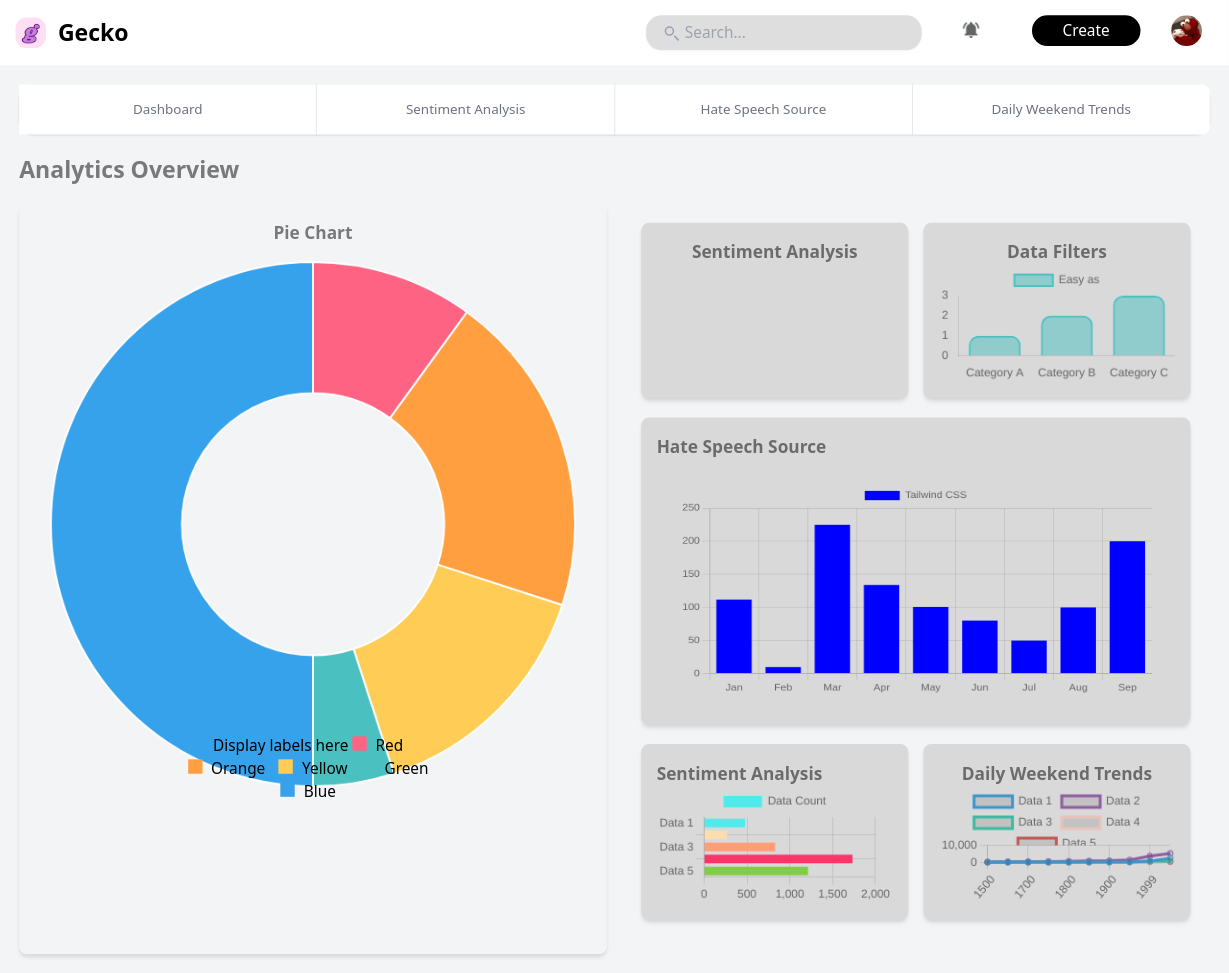
Repository: theamgri/thesis-website-nextjs
Page: website.html
The author's editor kept a copy of each file at every save. The page is drawn from the files as they stood at one save, then again after the next save.
The browser window is 1280 px wide. The pictures show the whole page, at 96% of full size.

Above is the page before, as saved 2023-10-06 20:52:51.
Console error (its wording comes from the project's code and is left out).

### website.html
<!DOCTYPE html>
<html lang="en">
<head>
    <meta charset="UTF-8">
    <meta name="viewport" content="width=device-width, initial-scale=1.0">
    <title>Gecko</title>
    <link rel="icon" type="image/x-icon" href="/images/icon.png">
    <link href="https://cdn.jsdelivr.net/npm/tailwindcss@2.2.19/dist/tailwind.min.css" rel="stylesheet">
    <script src="https://cdn.jsdelivr.net/npm/chart.js"></script>



</head>
<body class="bg-gray-100">

<nav class="bg-white drop-shadow-2xl border-gray-200 dark:bg-gray-900">
    <div class="flex flex-wrap items-center justify-between mx-auto p-4">
      <a href="." class="flex items-center">
          <img src="images/icon.png" class="h-8 mr-3 rounded-xl" alt="Logo" />
          <span class="self-center text-2xl font-semibold whitespace-nowrap dark:text-white">Gecko</span>
      </a>
      <button data-collapse-toggle="navbar-default" type="button" class="inline-flex items-center p-2 w-10 h-10 justify-center text-sm text-gray-500 rounded-lg md:hidden hover:bg-gray-100 focus:outline-none focus:ring-2 focus:ring-gray-200 dark:text-gray-400 dark:hover:bg-gray-700 dark:focus:ring-gray-600" aria-controls="navbar-default" aria-expanded="false">
          <span class="sr-only">Open main menu</span>
          <svg class="w-5 h-5" aria-hidden="true" xmlns="http://www.w3.org/2000/svg" fill="none" viewBox="0 0 17 14">
              <path stroke="currentColor" stroke-linecap="round" stroke-linejoin="round" stroke-width="2" d="M1 1h15M1 7h15M1 13h15"/>
          </svg>
      </button>
      <div class="hidden w-full md:block md:w-auto drop-shadow-2xl" id="navbar-default">
        <ul class="font-medium flex flex-col p-4 md:p-0 mt-4 border border-gray-100 rounded-lg bg-gray-50 md:flex-row md:space-x-8 md:mt-0 md:border-0 md:bg-white dark:bg-gray-800 md:dark:bg-gray-900 dark:border-gray-700">
            <li>
                <div class="relative">
                    <input
                        type="text"
                        placeholder="Search..."
                        class="block w-full py-2 pl-10 pr-4 leading-5 rounded-2xl shadow-sm focus:ring focus:ring-blue-200 border-gray-300" style="background-color: #DEDEDE;"
                    />
                    <div class="absolute inset-y-0 left-0 pl-4 flex items-center pointer-events-none">
                        <svg
                            class="w-5 h-5 text-gray-400"
                            fill="none"
                            stroke="currentColor"
                            viewBox="0 0 24 24"
                            xmlns="http://www.w3.org/2000/svg"
                        >
                            <path
                                stroke-linecap="round"
                                stroke-linejoin="round"
                                stroke-width="2"
                                d="M21 21l-4.35-4.35"
                            />
                            <path
                                stroke-linecap="round"
                                stroke-linejoin="round"
                                stroke-width="2"
                                d="M15 10a5 5 0 11-10 0 5 5 0 0110 0z"
                            />
                        </svg>
                    </div>
                </div>

              </li>
            <li>
              <img src="images/bellbutton.png" class="h-8 mr-3 rounded-xl" alt="Notification Bell" />
          </li>
          <li>
            <button class="bg-black drop-shadow-2xl hover:bg-blue-700 text-white font-normal py-1 px-8 rounded-full">
              Create
            </button>
          </li>
          <li>
            <a href="your-link-here">
                <img src="images/user.jpg" class="h-8 mr-3 rounded-full" alt="Notification Bell" />
            </a>
        </li>


        </ul>
      </div>
    </div>
  </nav>
<!-- //SIDE NAVBAR -->


<div class="sm:hidden">
  <label for="tabs" class="sr-only">Select your country</label>
  <select id="tabs" class="bg-gray-50 border border-gray-300 text-gray-900 text-sm rounded-lg focus:ring-blue-500 focus:border-blue-500 block w-full p-2.5 dark:bg-gray-700 dark:border-gray-600 dark:placeholder-gray-400 dark:text-white dark:focus:ring-blue-500 dark:focus:border-blue-500">
      <option>Profile</option>
      <option>Canada</option>
      <option>France</option>
      <option>Germany</option>
  </select>
</div>
<ul class="m-5 rounded-2xl drop-shadow-xl hidden text-sm font-medium text-center text-gray-500 divide-x divide-gray-200 rounded-lg shadow sm:flex dark:divide-gray-700 dark:text-gray-400">
  <li class="w-full">
      <a href="#" class="inline-block w-full p-4 bg-white hover:text-gray-700 hover:bg-gray-50 focus:ring-4 focus:ring-blue-300 focus:outline-none dark:hover:text-white dark:bg-gray-800 dark:hover:bg-gray-700" aria-current="page">Dashboard</a>
  </li>
  <li class="w-full">
      <a href="#" class="inline-block w-full p-4 bg-white hover:text-gray-700 hover:bg-gray-50 focus:ring-4 focus:ring-blue-300 focus:outline-none dark:hover:text-white dark:bg-gray-800 dark:hover:bg-gray-700">Sentiment Analysis</a>
  </li>
  <li class="w-full">
      <a href="#" class="inline-block w-full p-4 bg-white hover:text-gray-700 hover:bg-gray-50 focus:ring-4 focus:ring-blue-300 focus:outline-none dark:hover:text-white dark:bg-gray-800 dark:hover:bg-gray-700">Hate Speech Source</a>
  </li>
  <li class="w-full">
      <a href="#" class="inline-block w-full p-4 bg-white rounded-r-lg hover:text-gray-700 hover:bg-gray-50 focus:ring-4 focus:outline-none focus:ring-blue-300 dark:hover:text-white dark:bg-gray-800 dark:hover:bg-gray-700">Daily Weekend Trends</a>
  </li>

</ul>




  <div class="ml-5 text-left font-bold text-2xl opacity-50">
    <h1>Analytics Overview</h1>
  </div>

<!-- ... (previous code) ... -->

<div class="m-5 grid grid-cols-1 md:grid-cols-2 lg:grid-cols-2 xl:grid-cols-2 gap-4">
  <!-- Container for Pie Chart (2 rows) -->
  <div class="bg-white p-4 rounded-lg shadow-md" style="background-color: transparent; grid-row: span 2; overflow: visible;">
      <!-- Content goes here, such as the chart -->
      <h2 class="text-lg text-center opacity-50 font-semibold">Pie Chart</h2>
      <div style="position: relative;">
          <canvas class="p-4" id="donutChart" width="100" height="100"></canvas>
          <div style="position: absolute; bottom: 0; left: 50%; transform: translateX(-50%); text-align: center;">
              Display labels here
               <div style="display: inline-block; margin-right: 10px;">
                  <div style="background-color: rgb(255, 99, 132); width: 15px; height: 15px; display: inline-block; margin-right: 5px;"></div>
                  <span>Red</span>
              </div>
              <div style="display: inline-block; margin-right: 10px;">
                  <div style="background-color: rgb(255, 159, 64); width: 15px; height: 15px; display: inline-block; margin-right: 5px;"></div>
                  <span>Orange</span>
              </div>
              <div style="display: inline-block; margin-right: 10px;">
                  <div style="background-color: rgb(255, 205, 86); width: 15px; height: 15px; display: inline-block; margin-right: 5px;"></div>
                  <span>Yellow</span>
              </div>
              <div style="display: inline-block; margin-right: 10px;">
                  <div style="background-color: rgb(75, 192, 192); width: 15px; height: 15px; display: inline-block; margin-right: 5px;"></div>
                  <span>Green</span>
              </div>
              <div style="display: inline-block; margin-right: 10px;">
                  <div style="background-color: rgb(54, 162, 235); width: 15px; height: 15px; display: inline-block; margin-right: 5px;"></div>
                  <span>Blue</span>
              </div>
          </div>
      </div>

       <!-- Optionally, you can add a label or title for the container -->
      <script>
        // Ensure that the DOM is fully loaded before initializing the chart
        document.addEventListener("DOMContentLoaded", function() {
            const donutData = {
                type: 'doughnut',
                data: {
                    datasets: [
                        {
                            data: [10, 20, 15, 5, 50],
                            backgroundColor: [
                                'rgb(255, 99, 132)',
                                'rgb(255, 159, 64)',
                                'rgb(255, 205, 86)',
                                'rgb(75, 192, 192)',
                                'rgb(54, 162, 235)',
                            ],
                        },
                    ],
                    labels: ['Red', 'Orange', 'Yellow', 'Green', 'Blue'],
                },
                options: {
                    plugins: {
                        legend: {
                            display: false, // Hide the legend
                        },
                        datalabels: {
                            formatter: (value) => {
                                if (value < 15) return '';
                                return value + '%';
                            },
                        },
                    },
                },
            };

            var donutChart = new Chart(
                document.getElementById("donutChart"),
                donutData
            );
        });
    </script>
   </div>


  <div class="container mx-auto mt-0">

    <div class="m-5 grid grid-cols-1 md:grid-cols-2 lg:grid-cols-2 xl:grid-cols-2 gap-4">
        <!-- Container 1 -->
        <div class="bg-white p-4 rounded-lg shadow-md" style="background-color: #D9D9D9;">
            <h2 class="text-lg text-center opacity-50 font-semibold">Sentiment Analysis</h2>
            <canvas id="bidirectional-horizontal-bar-chart"></canvas>
        </div>


            <script src="https://cdn.jsdelivr.net/npm/chart.js"></script>

            <script>
                // Data for the bidirectional horizontal bar chart
                const label = ['Category A', 'Category B', 'Category C', 'Category D', 'Category E'];
                const positiveValues = [40, 25, 10, 35, 50];
                const negativeValues = [-30, -15, -20, -25, -40];

                const ctx = document.getElementById('bidirectional-horizontal-bar-chart').getContext('2d');
                new Chart(ctx, {
                    type: 'horizontalBar',
                    data: {
                        labels: label,
                        datasets: [
                            {
                                label: 'Positive Values',
                                data: positiveValues,
                                backgroundColor: 'rgba(75, 192, 192, 0.7)',
                            },
                            {
                                label: 'Negative Values',
                                data: negativeValues.map(value => Math.abs(value)), // Convert to positive
                                backgroundColor: 'rgba(255, 99, 132, 0.7)',
                            },
                        ]
                    },
                    options: {
                        responsive: true,
                        scales: {
                            x: {
                                beginAtZero: true,
                                suggestedMin: -50, // Adjust based on your data
                                suggestedMax: 50, // Adjust based on your data
                            },
                        },
                        plugins: {
                            legend: {
                                display: true,
                                position: 'top',
                            },
                        },
                    },
                });
            </script>



        <!-- Container 2 -->
    <div class="bg-white p-4 rounded-lg shadow-md" style="background-color: #D9D9D9;">
    <h2 class="text-lg text-center opacity-50 font-semibold">Data Filters</h2>
    <!-- Chart container -->
    <div id="chart-container" style="width: 100%; height: 100%;">
        <canvas id="vertical-bar-chart"></canvas>
    </div>

    <script src="https://cdn.jsdelivr.net/npm/chart.js"></script>

    <script>
        // Data and label variables
        const dataValues = [1, 2, 3];
        const dataLabels = ['Category A', 'Category B', 'Category C'];

        // Ensure that the DOM is fully loaded before creating the chart
        document.addEventListener("DOMContentLoaded", function() {
            const ctx = document.getElementById('vertical-bar-chart').getContext('2d');
            const chart = new Chart(ctx, {
                type: 'bar', // Use 'bar' type for vertical bar chart
                data: {
                    labels: dataLabels,
                    datasets: [{
                        label: 'Easy as',
                        data: dataValues,
                        backgroundColor: 'rgba(75, 192, 192, 0.5)',
                        borderColor: 'rgba(75, 192, 192, 1)',
                        borderWidth: 2,
                        borderRadius: 10, // Rounded corners for bars
                    }],
                },
                options: {
                    responsive: true,
                    scales: {
                        x: {
                            beginAtZero: true,
                            grid: {
                                display: false, // Hide x-axis gridlines
                            },
                        },
                        y: {
                            beginAtZero: true,
                            grid: {
                                display: false, // Hide y-axis gridlines
                            },
                        },
                    },
                },
            });
        });
    </script>
</div>





                </div>


    <div class="m-5 grid grid-cols-1 md:grid-cols-1 lg:grid-cols-1 xl:grid-cols-1 gap-4 mt-4">
      <!-- Container 3 -->
      <div class="bg-white p-4 rounded-lg shadow-md" style="background-color: #D9D9D9; height: 20rem;">
          <h2 class="text-lg opacity-50 font-semibold">Hate Speech Source</h2>


              <!-- Set max-height to ensure the chart fits within the container -->
              <canvas class="p-6" id="barChart" style="max-height: 100%;"></canvas>

      </div>
      <script src="https://cdnjs.cloudflare.com/ajax/libs/Chart.js/3.9.1/chart.min.js"
          integrity="sha512-ElRFoEQdI5Ht6kZvyzXhYG9NqjtkmlkfYk0wr6wHxU9JEHakS7UJZNeml5ALk+8IKlU6jDgMabC3vkumRokgJA=="
          crossorigin="anonymous" referrerpolicy="no-referrer"></script>
      <script>
          const labels = ['Jan', 'Feb', 'Mar', 'Apr', 'May', 'Jun', 'Jul', 'Aug', 'Sep'];
        const data = {
            labels: labels,
            datasets: [
                {
                    label: "Tailwind CSS",
                    backgroundColor: "blue",
                    borderColor: 'rgb(0, 0, 0)',
                    data: [112, 10, 225, 134, 101, 80, 50, 100, 200],
                    fill: false,
                },
            ],
        };

        const configChart = {
            type: "bar",
            data,
            options: {},
        };

        var chartLine = new Chart(
            document.getElementById("barChart"),
            configChart
        );
      </script>
  </div>


    <div class="m-5 grid grid-cols-1 md:grid-cols-2 lg:grid-cols-2 xl:grid-cols-2 gap-4 mt-4">
    <!-- Container 4 -->
    <div class="bg-white p-4 rounded-lg shadow-md" style="background-color: #D9D9D9;">
        <h2 class="text-lg tex-center opacity-50 font-semibold">Sentiment Analysis</h2>
        <div>
          <canvas id="horizontal-bar-chart"></canvas>
      </div>

      <script>
         new Chart(document.getElementById("horizontal-bar-chart"), {
            type: 'bar',
            data: {
                labels: ["Data 1", "Data 2", "Data 3", "Data 4", "Data 5"],
                datasets: [{
                    label: "Data Count",
                    backgroundColor: ["#51EAEA", "#FCDDB0",
                        "#FF9D76", "#FB3569", "#82CD47"
                    ],
                    data: [478, 267, 829, 1732, 1213]
                }]
            },
            options: {
                indexAxis: 'y',
                legend: {
                    display: false
                },
                title: {
                    display: true,
                    text: 'Chart JS Horizontal Bar Chart Example'
                }
            }
        });
      </script>

    </div>

    <!-- Container 5 -->
    <div class="bg-white p-4 rounded-lg shadow-md" style="background-color: #D9D9D9;">
        <h2 class="text-lg text-center opacity-50 font-semibold">Daily Weekend Trends</h2>


            <canvas id="line-chart" width="800" height="400"></canvas>

<script>
new Chart(document.getElementById("line-chart"), {
  type: 'line',
  data: {
    labels: [1500,1600,1700,1750,1800,1850,1900,1950,1999,2050],
    datasets: [{
        data: [86,114,106,106,107,111,133,221,783,2478],
        label: "Data 1",
        borderColor: "#3e95cd",
        fill: false
      }, {
        data: [282,350,411,502,635,809,947,1402,3700,5267],
        label: "Data 2",
        borderColor: "#8e5ea2",
        fill: false
      }, {
        data: [168,170,178,190,203,276,408,547,675,734],
        label: "Data 3",
        borderColor: "#3cba9f",
        fill: false
      }, {
        data: [40,20,10,16,24,38,74,167,508,784],
        label: "Data 4",
        borderColor: "#e8c3b9",
        fill: false
      }, {
        data: [6,3,2,2,7,26,82,172,312,433],
        label: "Data 5",
        borderColor: "#c45850",
        fill: false
      }
    ]
  },
  options: {
    title: {
      display: true,
      text: 'World population per region (in millions)'
    }
  }
});

</script>

    </div>

</div>


</body>
</html>

After the next save:
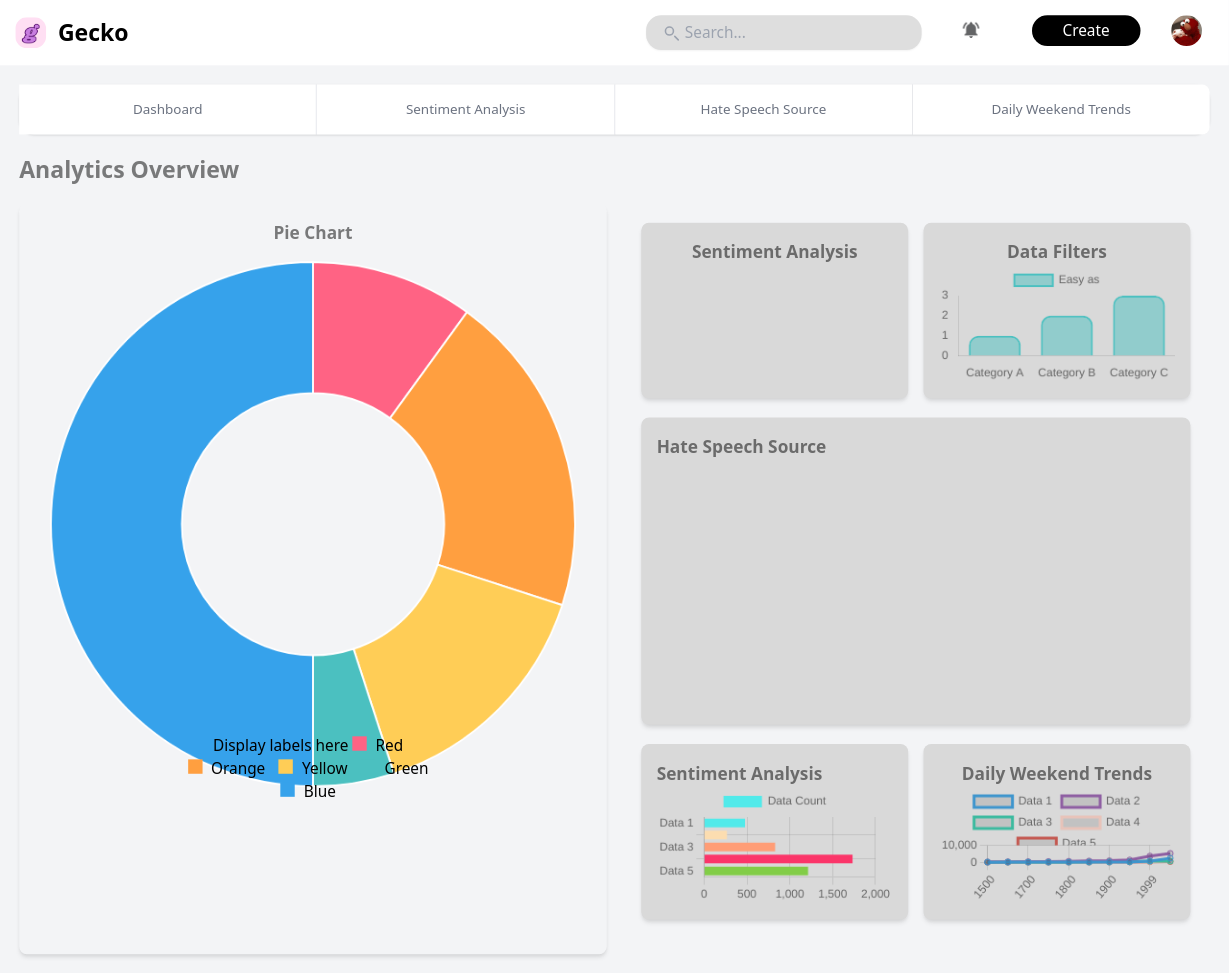
Saved 6 min 25 s later.
--- a/website.html
+++ b/website.html
@@ -206,7 +206,7 @@
 
             <script>
                 // Data for the bidirectional horizontal bar chart
-                const label = ['Category A', 'Category B', 'Category C', 'Category D', 'Category E'];
+                const labels = ['Category A', 'Category B', 'Category C', 'Category D', 'Category E'];
                 const positiveValues = [40, 25, 10, 35, 50];
                 const negativeValues = [-30, -15, -20, -25, -40];
 
@@ -214,7 +214,7 @@
                 new Chart(ctx, {
                     type: 'horizontalBar',
                     data: {
-                        labels: label,
+                        labels: labels,
                         datasets: [
                             {
                                 label: 'Positive Values',

After the save that followed:
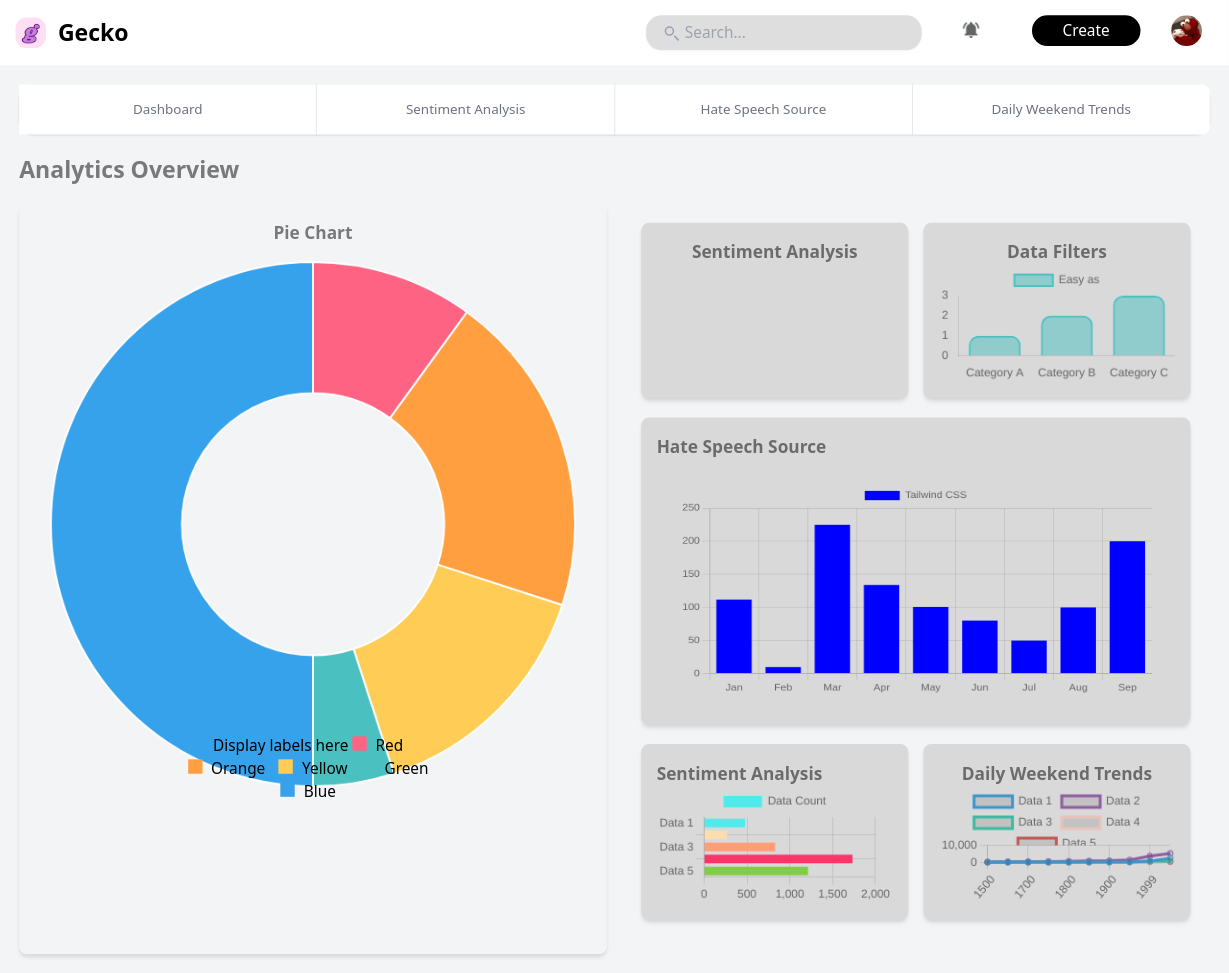
Saved 5 s later.
--- a/website.html
+++ b/website.html
@@ -206,7 +206,7 @@
 
             <script>
                 // Data for the bidirectional horizontal bar chart
-                const labels = ['Category A', 'Category B', 'Category C', 'Category D', 'Category E'];
+                const label = ['Category A', 'Category B', 'Category C', 'Category D', 'Category E'];
                 const positiveValues = [40, 25, 10, 35, 50];
                 const negativeValues = [-30, -15, -20, -25, -40];
 
@@ -214,7 +214,7 @@
                 new Chart(ctx, {
                     type: 'horizontalBar',
                     data: {
-                        labels: labels,
+                        labels: label,
                         datasets: [
                             {
                                 label: 'Positive Values',
